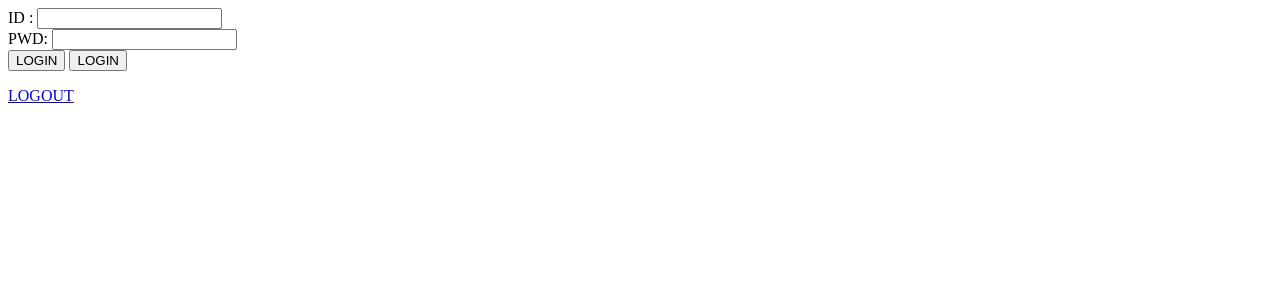
Repository: hrk09/JSPServlet
Page: http://localhost/edu/exam06.jsp
An editor plug-in stored every save of this project. The page is shown before and after the next save, followed by the edit.
The browser window is 1280 px wide. The pictures show the whole page.
The page is served by Tomcat 9. Nobody is signed in. The application's start-up code is not run.

Above is the page before, as saved 2022-06-30 05:42:51.

After the next save:
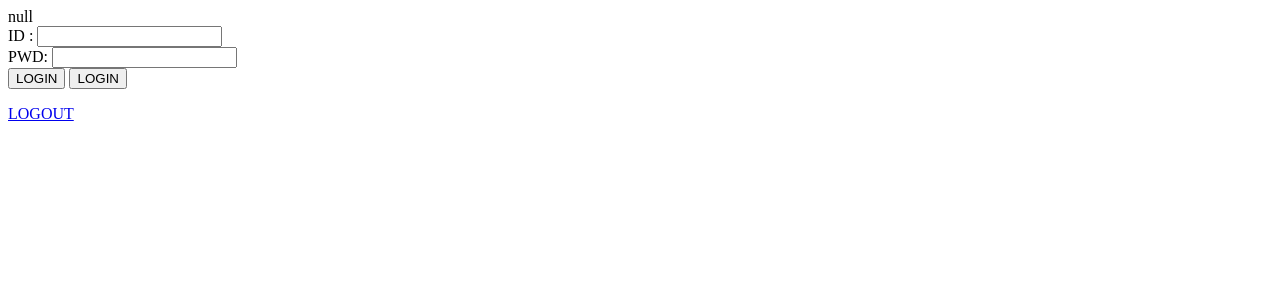
Saved 9 s later.
--- a/edu/WebContent/exam06.jsp
+++ b/edu/WebContent/exam06.jsp
@@ -2,6 +2,8 @@
 	pageEncoding="UTF-8"%>
 
 	<% String str = (String)request.getAttribute("msg"); %>
+
+	<%= str %>
 
 <form action="logProc.jsp" method="post">
 	ID : <input type="text" name="id"><br>

After the save that followed:
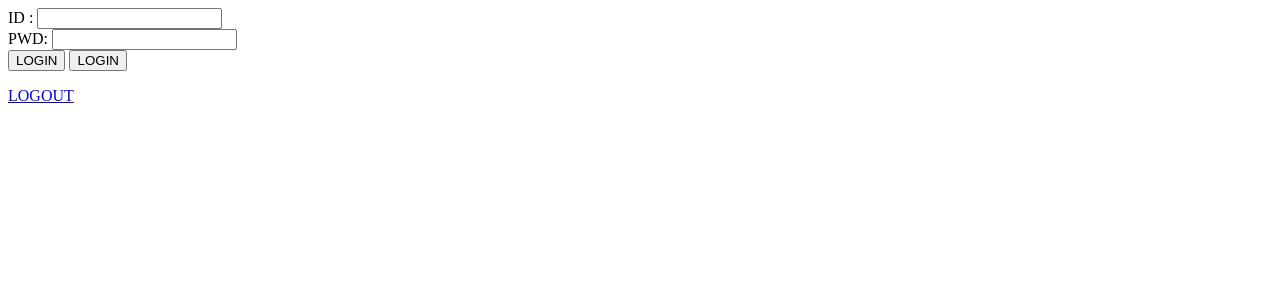
Saved 2 min 4 s later.
--- a/edu/WebContent/exam06.jsp
+++ b/edu/WebContent/exam06.jsp
@@ -1,7 +1,9 @@
 <%@ page language="java" contentType="text/html; charset=UTF-8"
 	pageEncoding="UTF-8"%>
 
-	<% String str = (String)request.getAttribute("msg"); %>
+	<% String str = (String)request.getAttribute("msg");
+	   if(str == null) str="";
+	%>
 
 	<%= str %>
 
